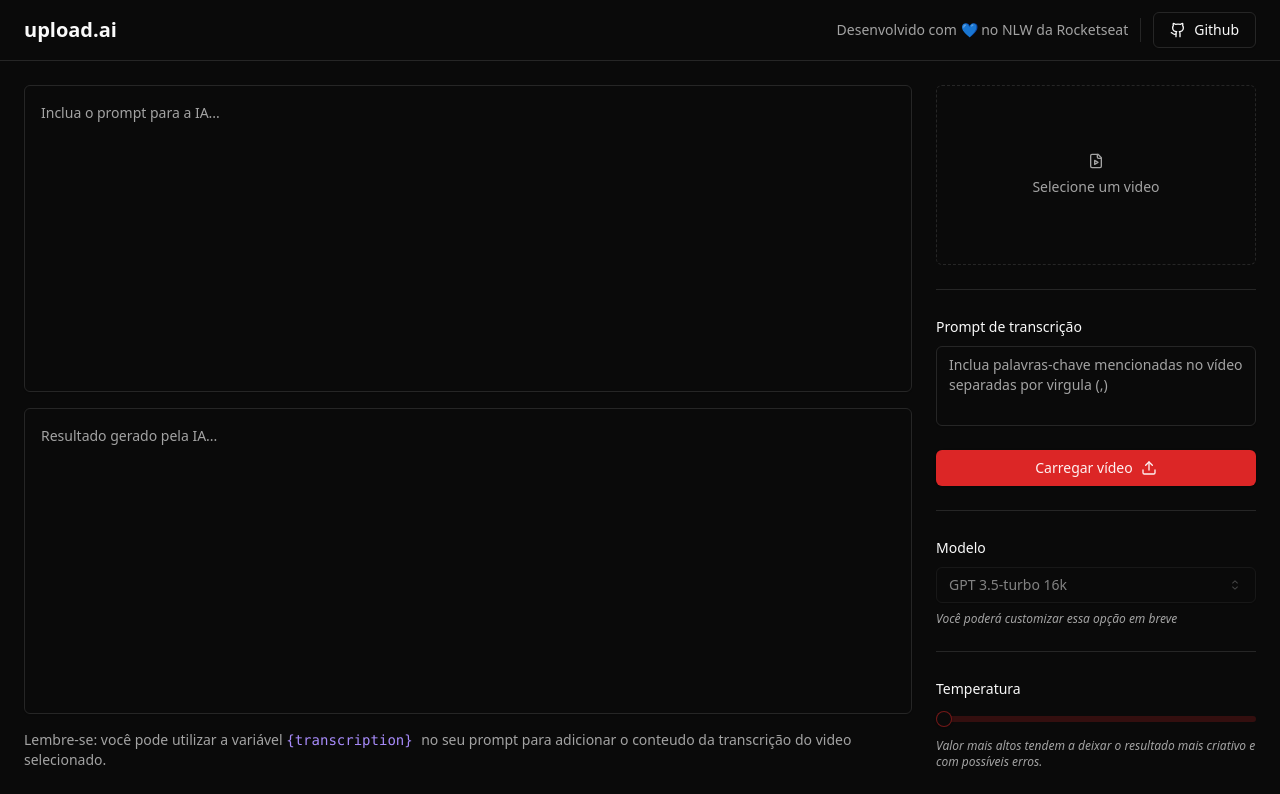
Repository: ricardolimati/upload-ai-web
Page: /
The author's editor kept a copy of each file at every save. The page is drawn from the files as they stood at one save, then again after a run of saves.
The browser window is 1280 px wide. The pictures show the whole page.
The project was rebuilt for these pictures with package versions that can differ from the ones it lists, and the page was loaded fresh each time. Also part of the build but not shown: vite.config.ts.

Above is the page before, as saved 2023-09-12 00:27:27.

After the next 3 saves:
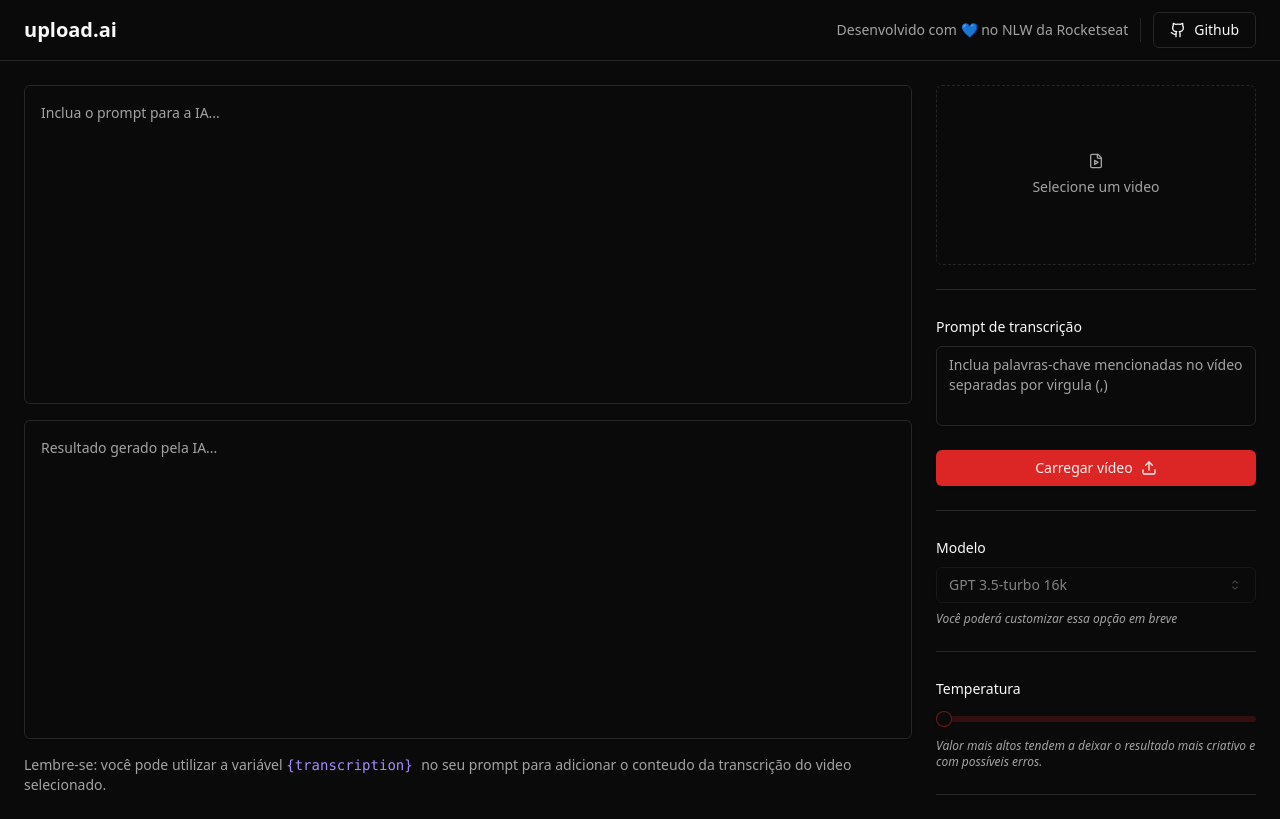
The 3 saves are shown as one change because they came seconds apart.
The last was saved 11 s later.
--- a/src/App.tsx
+++ b/src/App.tsx
@@ -97,6 +97,8 @@ export function App() {
             </span>
           </div>
 
+          <Separator />
+
         </form>
       </aside>
     </main>
